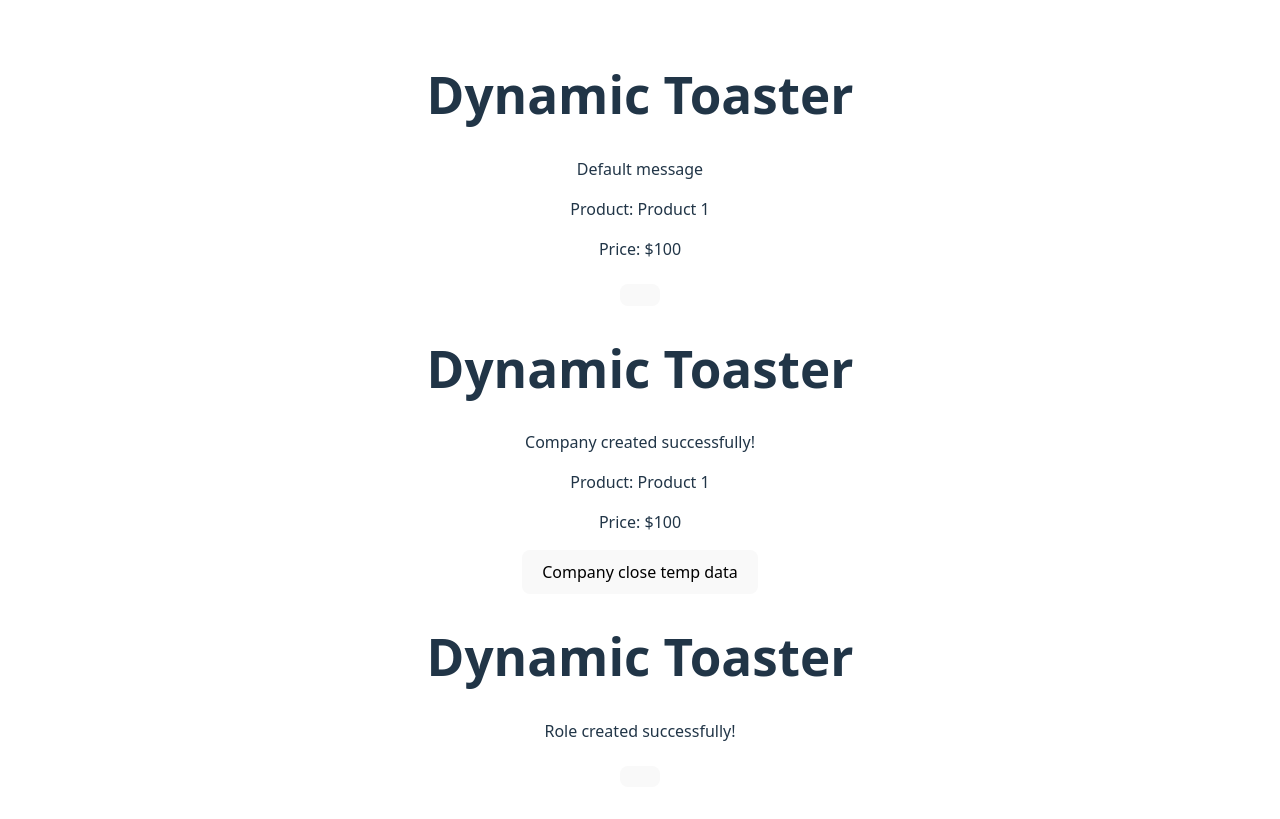
Repository: Janum4444/React-learning
Page: /
The author's editor kept a copy of each file at every save. The page is drawn from the files as they stood at one save, then again after the next save.
The browser window is 1280 px wide. The pictures show the whole page.
The project was rebuilt for these pictures with package versions that can differ from the ones it lists, and the page was loaded fresh each time. Also part of the build but not shown: vite.config.js, src/Hello.jsx.

Above is the page before, as saved 2026-02-22 12:39:04.

### src/App.jsx

import './App.css'
import { DynamicToaster } from './DynamicToaster.jsx'
import { Hello } from './Hello.jsx'
import {UserProfile, CustomComponent} from './UserProfile.jsx'

function App() {

  let product = [
    {
      id: 1,
      name: "Product 1",
      price: 100
    },
    {
      id: 2,
      name: "Product 2",
      price: 200
    }
  ]

  return (
    <>
      <div>
        {/* <h1> Hello world</h1>
        <UserProfile />
        <CustomComponent />
        <Hello />   */}
        <DynamicToaster  product={product[0]} />

        {/* //company creation */}
        <DynamicToaster message="Company created successfully!" product={product[0]} label="Company close" temp="temp data" />

        <DynamicToaster message="Role created successfully!" />


      </div>
    </>
  )
}

export default App

### src/DynamicToaster.jsx
import { Button } from "./Button"

export const DynamicToaster = ({message = "Default message", product, ...rest   }) => {
    // console.log(props);
    // let {message, product} = props

    return (
        <div>
            <h1> Dynamic Toaster </h1>
            <p>{message}</p>
            {product && (
                <div>
                    <p>Product: {product.name}</p>
                    <p>Price: ${product.price}</p>
                </div>
            )}

            <Button {...rest} onClick={() => alert("Button clicked!")} />
        </div>
    )
}

### src/Button.jsx
export const Button = ({ label, onClick, temp }) => {
    return (
        <button onClick={onClick}>{label} {temp}</button>
    )
}

### src/UserProfile.jsx


export const UserProfile = () => {
    return (
        <div>
            <h1> User Profile </h1>
        </div>
    )
}


export const CustomComponent = () => {
    return (
        <div>
            <h1> Custom Component </h1>
        </div>
    )
}

Loaded but not shown: src/main.jsx (common file); src/index.css (common file); src/App.css (common file)

After the next save:
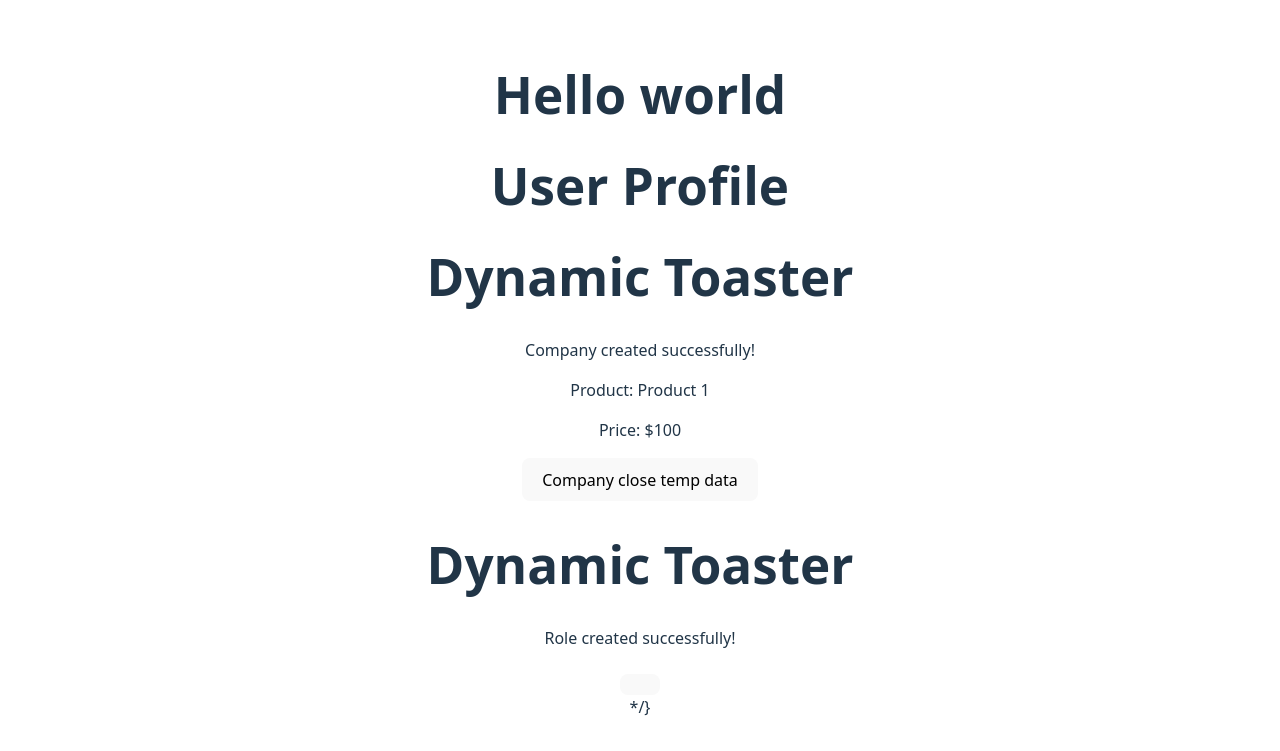
Saved 2 min 30 s later.
--- a/src/App.jsx
+++ b/src/App.jsx
@@ -22,16 +22,16 @@ function App() {
   return (
     <>
       <div>
-        {/* <h1> Hello world</h1>
+        <h1> Hello world</h1>
         <UserProfile />
-        <CustomComponent />
+        {/* <CustomComponent />
         <Hello />   */}
-        <DynamicToaster  product={product[0]} />
+        {/* <DynamicToaster  product={product[0]} />
 
         {/* //company creation */}
         <DynamicToaster message="Company created successfully!" product={product[0]} label="Company close" temp="temp data" />
 
-        <DynamicToaster message="Role created successfully!" />
+        <DynamicToaster message="Role created successfully!" />   */}
 
 
       </div>
